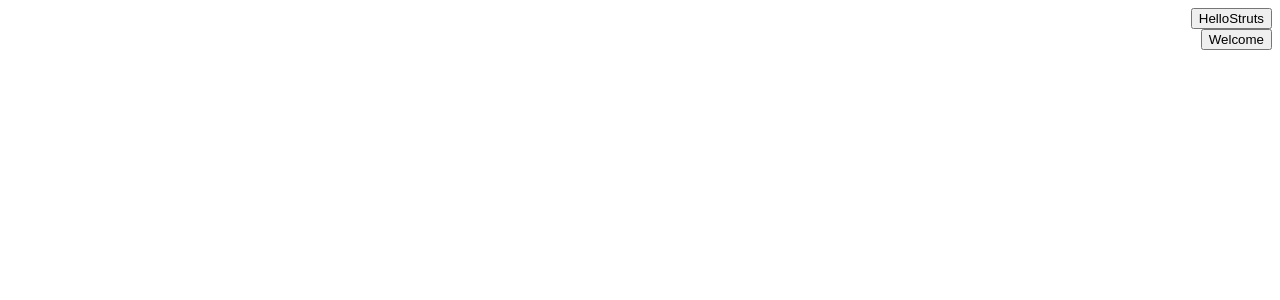
Repository: jun-01731/test
Page: http://localhost/WebProj/
The author's editor kept a copy of each file at every save. The page is drawn from the files as they stood at one save, then again after the next save.
The browser window is 1280 px wide. The pictures show the whole page.
The page is served by Tomcat 9. Other server files are loaded and not shown.

Above is the page before, as saved 2018-06-13 08:03:48.

### WebProj/WebContent/index.jsp
<%@ page language="java" contentType="text/html; charset=UTF-8"
    pageEncoding="UTF-8"%>
<%@ taglib prefix="s" uri="/struts-tags" %>
<!DOCTYPE html>
<html>
<head>
<meta charset="UTF-8">
<title>INDEX</title>
</head>
<body>
	<form action ="HelloStrutsAction">
		<s:submit value="HelloStruts"/>
	</form>

	<form action ="WelcomeAction">
		<s:submit value="Welcome"/>
	</form>

</body>
</html>

After the next save:
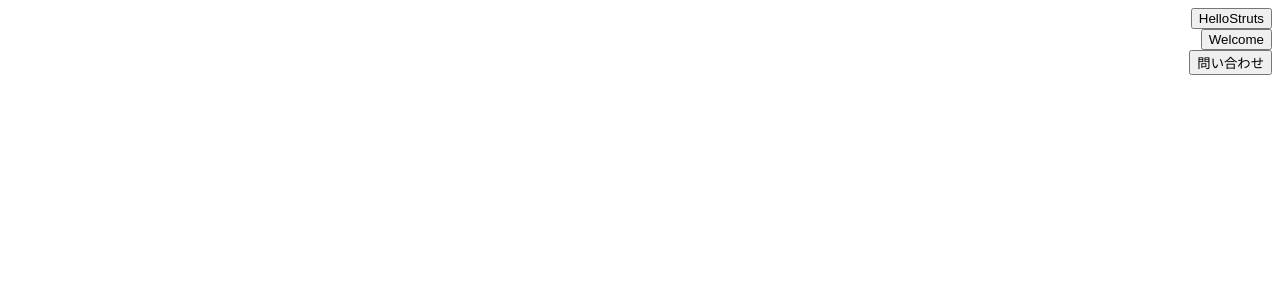
Saved 20 min 19 s later.
--- a/WebProj/WebContent/index.jsp
+++ b/WebProj/WebContent/index.jsp
@@ -16,5 +16,9 @@
 		<s:submit value="Welcome"/>
 	</form>
 
+	<form action ="InquiryAction">
+		<s:submit value="問い合わせ"/>
+	</form>
+
 </body>
 </html>
